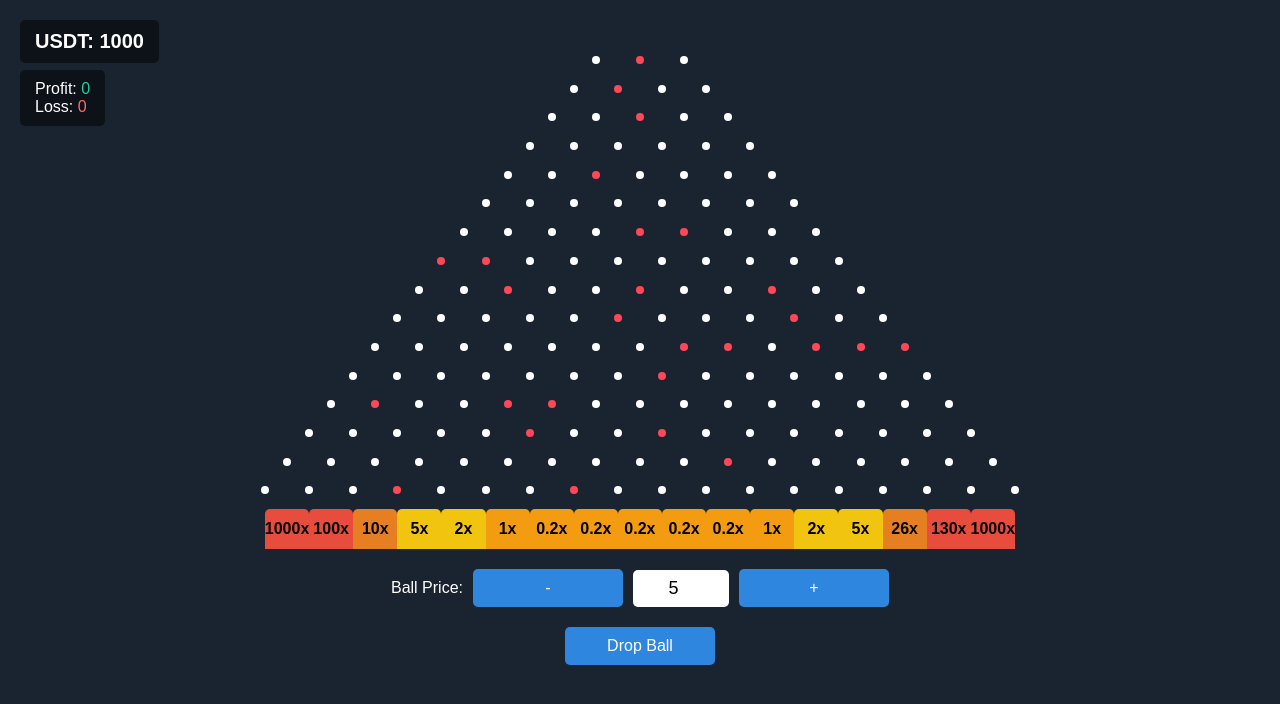
Repository: daffa-alif/PLINKO-JS
Page: plinko.html
An editor plug-in stored every save of this project. The page is shown before and after the next save, followed by the edit.
The browser window is 1280 px wide. The pictures show the whole page.

Above is the page before, as saved 2025-03-07 08:25:09.

### plinko.html
<!DOCTYPE html>
<html lang="en">
<head>
    <meta charset="UTF-8">
    <meta name="viewport" content="width=device-width, initial-scale=1.0">
    <title>Plinko Game</title>
    <style>
        body {
            background-color: #1a2430;
            font-family: Arial, sans-serif;
            display: flex;
            justify-content: center;
            align-items: center;
            height: 100vh;
            margin: 0;
            color: white;
            overflow: hidden;
        }

        .container {
            position: relative;
            width: 600px;
            height: 700px;
            display: flex;
            flex-direction: column;
            align-items: center;
        }

        .plinko-board {
            position: relative;
            width: 500px;
            height: 600px;
        }

        .peg {
            position: absolute;
            width: 8px;
            height: 8px;
            background-color: white;
            border-radius: 50%;
            transform: translate(-50%, -50%);
        }

        .highlight-peg {
            background-color: #ff4757;
        }

        .ball {
            position: absolute;
            width: 16px;
            height: 16px;
            background-color: #ff6b81;
            border-radius: 50%;
            z-index: 10;
            transform: translate(-50%, -50%);
        }

        .buckets {
            display: flex;
            width: 100%;
            justify-content: space-between;
            position: absolute;
            bottom: 0;
        }

        .bucket {
            width: 55px;
            height: 40px;
            display: flex;
            justify-content: center;
            align-items: center;
            font-weight: bold;
            color: black;
            border-top-left-radius: 5px;
            border-top-right-radius: 5px;
        }

        .controls {
            margin-top: 20px;
            display: flex;
            flex-direction: column;
            align-items: center;
            gap: 10px;
            width: 100%;
        }

        button {
            padding: 10px 20px;
            font-size: 16px;
            border: none;
            border-radius: 5px;
            background-color: #2e86de;
            color: white;
            cursor: pointer;
            width: 150px;
        }

        button:hover {
            background-color: #54a0ff;
        }

        button:disabled {
            background-color: #7f8c8d;
            cursor: not-allowed;
        }

        .balance {
            position: absolute;
            top: 20px;
            left: 20px;
            font-size: 20px;
            font-weight: bold;
            background-color: rgba(0, 0, 0, 0.5);
            padding: 10px 15px;
            border-radius: 5px;
            z-index: 100;
        }

        .statistics {
            position: absolute;
            top: 70px;
            left: 20px;
            font-size: 16px;
            background-color: rgba(0, 0, 0, 0.5);
            padding: 10px 15px;
            border-radius: 5px;
            z-index: 100;
        }

        .profit {
            color: #1dd1a1;
        }

        .loss {
            color: #ff6b6b;
        }

        .price-controls {
            display: flex;
            align-items: center;
            gap: 10px;
            margin-bottom: 10px;
        }

        input {
            padding: 8px;
            width: 80px;
            text-align: center;
            font-size: 18px;
            border-radius: 5px;
            border: none;
        }

        .results {
            margin-top: 10px;
            font-size: 18px;
            color: #1dd1a1;
            height: 25px;
        }

        .falling-ball-animation {
            display: block;
            position: absolute;
            top: 0;
            left: 50%;
            transform: translateX(-50%);
            width: 16px;
            height: 16px;
            background-color: #ff6b81;
            border-radius: 50%;
            z-index: 11;
            animation: fallAnimation 1s ease-in;
        }

        @keyframes fallAnimation {
            0% {
                top: -20px;
            }
            100% {
                top: 20px;
            }
        }
    </style>
</head>
<body>
    <div class="balance">USDT: <span id="balance">1000</span></div>
    <div class="statistics">
        Profit: <span id="profit" class="profit">0</span><br>
        Loss: <span id="loss" class="loss">0</span>
    </div>
    <div class="container">
        <div class="plinko-board" id="plinkoBoard"></div>
        <div class="controls">
            <div class="price-controls">
                <span>Ball Price:</span>
                <button id="decreasePrice">-</button>
                <input type="number" id="ballPrice" value="5" min="5" max="1000">
                <button id="increasePrice">+</button>
            </div>
            <button id="dropButton">Drop Ball</button>
            <div class="results" id="results"></div>
        </div>
    </div>

    <script>
        // Game configuration
        const config = {
            rows: 16,                // Number of rows of pegs
            pegsStartCount: 3,       // Start with 3 pegs at the top row
            ballSpeed: 0.5,
            gravity: 0.15,
            friction: 0.99,
            pegInfluence: 0.6,
            maxActiveBalls: 10,
            // Updated multipliers to match the image exactly
            multipliers: [1000, 100, 10, 5, 2, 1, 0.2, 0.2, 0.2, 0.2, 0.2, 1, 2, 5, 26, 130, 1000],
            horizontalSpacingFactor: 1.50
        };

        let balance = 1000;
        let totalProfit = 0;
        let totalLoss = 0;
        let ballPrice = 30;
        let activeBalls = [];
        let pegLayout = [];

        // Initialize the board
        function initializeBoard() {
            const board = document.getElementById('plinkoBoard');
            const boardWidth = board.clientWidth;
            const boardHeight = board.clientHeight;

            // Calculate peg spacing for the wider triangular pattern
            const horizontalSpacing = (boardWidth / (config.rows + 1)) * config.horizontalSpacingFactor;
            const verticalSpacing = (boardHeight - 80) / (config.rows);

            // Create pegs in a triangular pattern with progressive row lengths
            for (let row = 0; row < config.rows; row++) {
                // Calculate number of pegs in this row (increase by 1 for each row, starting with config.pegsStartCount)
                const pegsInRow = config.pegsStartCount + row;

                // Calculate the starting position for the first peg in the row
                const rowStartX = boardWidth / 2 - (horizontalSpacing * (pegsInRow - 1)) / 2;

                for (let col = 0; col < pegsInRow; col++) {
                    const peg = document.createElement('div');
                    peg.className = 'peg';

                    // Add some highlight pegs (red pegs)
                    if (Math.random() < 0.2) {
                        peg.classList.add('highlight-peg');
                    }

                    // Calculate position for evenly distributed pegs
                    const offsetX = rowStartX + col * horizontalSpacing;
                    const offsetY = verticalSpacing * row + 50;

                    peg.style.left = `${offsetX}px`;
                    peg.style.top = `${offsetY}px`;

                    board.appendChild(peg);

                    // Store peg position for collision detection
                    pegLayout.push({
                        x: offsetX,
                        y: offsetY,
                        highlight: peg.classList.contains('highlight-peg'),
                        element: peg
                    });
                }
            }

            // Create buckets - FIXED VERSION
            const buckets = document.createElement('div');
            buckets.className = 'buckets';

            // Get the last row of pegs to align buckets with
            const lastRowPegs = pegLayout.slice(-config.pegsStartCount - config.rows + 1);
            const leftmostPeg = lastRowPegs[0].x;
            const rightmostPeg = lastRowPegs[lastRowPegs.length - 1].x;
            const bucketAreaWidth = rightmostPeg - leftmostPeg;

            // Define colors for buckets based on multipliers
            const getColorForMultiplier = (multiplier) => {
                if (multiplier >= 100) return '#e74c3c';      // Red for highest multipliers
                if (multiplier >= 10) return '#e67e22';       // Orange for high multipliers
                if (multiplier >= 2) return '#f1c40f';        // Yellow for medium multipliers
                return '#f39c12';                             // Gold for low multipliers
            };

            // Set the buckets container width to match the width of the last row of pegs
            buckets.style.width = `${bucketAreaWidth}px`;
            buckets.style.left = `${leftmostPeg}px`;
            buckets.style.position = 'absolute';

            // Add bucket divs to match the multipliers
            const multiplierCount = config.multipliers.length;
            const bucketWidth = bucketAreaWidth / multiplierCount;

            for (let i = 0; i < multiplierCount; i++) {
                const bucket = document.createElement('div');
                bucket.className = 'bucket';
                bucket.style.backgroundColor = getColorForMultiplier(config.multipliers[i]);
                bucket.textContent = `${config.multipliers[i]}x`;
                bucket.style.width = `${bucketWidth}px`;
                buckets.appendChild(bucket);
            }

            board.appendChild(buckets);
        }

        // Create a falling ball animation
        function showBallDropAnimation() {
            return new Promise(resolve => {
                const board = document.getElementById('plinkoBoard');
                const fallingBall = document.createElement('div');
                fallingBall.className = 'falling-ball-animation';
                board.appendChild(fallingBall);

                setTimeout(() => {
                    fallingBall.remove();
                    resolve();
                }, 500);
            });
        }

        // Create a ball and start animation
        async function dropBall() {
            const currentBallPrice = parseInt(document.getElementById('ballPrice').value);
            if (balance < currentBallPrice) {
                document.getElementById('results').textContent = "Not enough balance!";
                setTimeout(() => {
                    document.getElementById('results').textContent = "";
                }, 2000);
                return;
            }

            // Check if we've reached the maximum number of active balls
            if (activeBalls.length >= config.maxActiveBalls) {
                document.getElementById('results').textContent = "Too many balls in play!";
                setTimeout(() => {
                    document.getElementById('results').textContent = "";
                }, 2000);
                return;
            }

            // Deduct ball price from balance
            balance -= currentBallPrice;
            document.getElementById('balance').textContent = balance;

            // Show the ball drop animation
            await showBallDropAnimation();

            const board = document.getElementById('plinkoBoard');
            const boardWidth = board.clientWidth;

            // Ball starts at the top center of the board
            const ball = document.createElement('div');
            ball.className = 'ball';
            ball.style.left = `${boardWidth / 2}px`;
            ball.style.top = '20px';
            board.appendChild(ball);

            // Create a new ball object
            const newBall = {
                element: ball,
                id: Date.now(),
                x: boardWidth / 2,
                y: 20,
                vx: (Math.random() - 0.5) * 0.5,
                vy: 1,
                radius: 8,
                price: currentBallPrice
            };

            // Add ball to active balls array
            activeBalls.push(newBall);

            // Start animation if it's not already running
            if (activeBalls.length === 1) {
                requestAnimationFrame(animateAllBalls);
            }
        }

        // Animate all active balls
        function animateAllBalls(timestamp) {
            if (activeBalls.length === 0) return;

            const board = document.getElementById('plinkoBoard');
            const boardWidth = board.clientWidth;
            const boardHeight = board.clientHeight;

            // Get bucket positions for collision detection - FIXED VERSION
            const buckets = document.querySelector('.buckets');
            const bucketsRect = buckets.getBoundingClientRect();
            const boardRect = board.getBoundingClientRect();

            const bucketsLeft = bucketsRect.left - boardRect.left;
            const bucketsWidth = bucketsRect.width;
            const bucketCount = config.multipliers.length;
            const bucketWidth = bucketsWidth / bucketCount;

            // Process each active ball
            for (let i = activeBalls.length - 1; i >= 0; i--) {
                const ball = activeBalls[i];

                // Apply gravity
                ball.vy += config.gravity;

                // Apply friction
                ball.vx *= config.friction;
                ball.vy *= config.friction;

                // Update position
                ball.x += ball.vx;
                ball.y += ball.vy;

                // Collision with side walls
                if (ball.x - ball.radius < 0) {
                    ball.x = ball.radius;
                    ball.vx = -ball.vx * 0.5;
                } else if (ball.x + ball.radius > boardWidth) {
                    ball.x = boardWidth - ball.radius;
                    ball.vx = -ball.vx * 0.5;
                }

                // Collision with pegs
                for (const peg of pegLayout) {
                    const dx = ball.x - peg.x;
                    const dy = ball.y - peg.y;
                    const distance = Math.sqrt(dx * dx + dy * dy);

                    if (distance < ball.radius + 6) {
                        // Calculate the angle of collision
                        const angle = Math.atan2(dy, dx);

                        // Move the ball outside of the peg
                        const newX = peg.x + (ball.radius + 6) * Math.cos(angle);
                        const newY = peg.y + (ball.radius + 6) * Math.sin(angle);

                        ball.x = newX;
                        ball.y = newY;

                        // Add randomness to the bounce but with a slight bias toward outer edges
                        let randomness = (Math.random() * 2 - 1) * config.pegInfluence;

                        // Very subtle bias toward edges
                        if (ball.x < boardWidth * 0.3) {
                            randomness -= 0.05; // Slight bias leftward
                        } else if (ball.x > boardWidth * 0.7) {
                            randomness += 0.05; // Slight bias rightward
                        }

                        // Update velocity with a bounce effect and randomness
                        const speed = Math.sqrt(ball.vx * ball.vx + ball.vy * ball.vy);
                        ball.vx = Math.cos(angle + randomness) * speed;
                        ball.vy = Math.sin(Math.abs(angle + randomness)) * speed; // Keep ball moving downward

                        // Highlight the peg temporarily
                        peg.element.style.backgroundColor = '#ffdd59';
                        setTimeout(() => {
                            peg.element.style.backgroundColor = peg.highlight ? '#ff4757' : 'white';
                        }, 100);
                    }
                }

                // Check if ball reached bucket level
                if (ball.y > boardHeight - 60) {
                    // Calculate which bucket the ball fell into based on the fixed buckets position - FIXED VERSION
                    let bucketIndex = -1;

                    // Check if the ball is within the bucket area
                    if (ball.x >= bucketsLeft && ball.x <= bucketsLeft + bucketsWidth) {
                        // Calculate the bucket index based on the ball's position relative to the buckets
                        bucketIndex = Math.floor((ball.x - bucketsLeft) / bucketWidth);
                        bucketIndex = Math.min(bucketIndex, bucketCount - 1);
                    } else {
                        // If the ball is outside the bucket area, put it in the nearest edge bucket
                        bucketIndex = ball.x < bucketsLeft ? 0 : bucketCount - 1;
                    }

                    // Apply multiplier to the bet
                    const multiplier = config.multipliers[bucketIndex];
                    const winAmount = Math.floor(ball.price * multiplier);
                    balance += winAmount;
                    document.getElementById('balance').textContent = balance;

                    // Update profit/loss statistics
                    if (winAmount > ball.price) {
                        const profit = winAmount - ball.price;
                        totalProfit += profit;
                        document.getElementById('profit').textContent = totalProfit;
                    } else if (winAmount < ball.price) {
                        const loss = ball.price - winAmount;
                        totalLoss += loss;
                        document.getElementById('loss').textContent = totalLoss;
                    }

                    // Display result message
                    const resultElement = document.getElementById('results');
                    if (winAmount > ball.price) {
                        resultElement.textContent = `You won ${winAmount} USDT!`;
                        resultElement.style.color = '#1dd1a1';
                    } else if (winAmount < ball.price) {
                        resultElement.textContent = `You lost ${ball.price - winAmount} USDT`;
                        resultElement.style.color = '#ff6b6b';
                    } else {
                        resultElement.textContent = `You broke even!`;
                        resultElement.style.color = '#f7d794';
                    }

                    // Highlight the winning bucket
                    const bucketElements = document.querySelectorAll('.bucket');
                    bucketElements[bucketIndex].style.transform = 'translateY(-5px)';
                    setTimeout(() => {
                        bucketElements[bucketIndex].style.transform = 'translateY(0)';
                    }, 300);

                    // Remove ball from DOM
                    ball.element.remove();

                    // Remove ball from active balls array
                    activeBalls.splice(i, 1);
                }

                // Update ball position in DOM
                ball.element.style.left = `${ball.x}px`;
                ball.element.style.top = `${ball.y}px`;
            }

            // Continue animation if there are still active balls
            if (activeBalls.length > 0) {
                requestAnimationFrame(animateAllBalls);
            }
        }

        // Initialize the game
        window.addEventListener('DOMContentLoaded', () => {
            initializeBoard();

            // Update balance display
            document.getElementById('balance').textContent = balance;

            // Add event listener for the drop button
            document.getElementById('dropButton').addEventListener('click', () => {
                dropBall();
            });

            // Add event listeners for ball price adjustment
            document.getElementById('decreasePrice').addEventListener('click', () => {
                const priceInput = document.getElementById('ballPrice');
                let currentPrice = parseInt(priceInput.value);
                if (currentPrice > 5) {
                    priceInput.value = currentPrice - 5;
                }
            });

            document.getElementById('increasePrice').addEventListener('click', () => {
                const priceInput = document.getElementById('ballPrice');
                let currentPrice = parseInt(priceInput.value);
                if (currentPrice < 1000) {
                    priceInput.value = currentPrice + 5;
                }
            });

            // Ensure ball price is valid
            document.getElementById('ballPrice').addEventListener('change', (e) => {
                let value = parseInt(e.target.value);
                if (isNaN(value) || value < 5) {
                    e.target.value = 5;
                } else if (value > 1000) {
                    e.target.value = 1000;
                }
            });
        });
    </script>
</body>
</html>

After the next save:
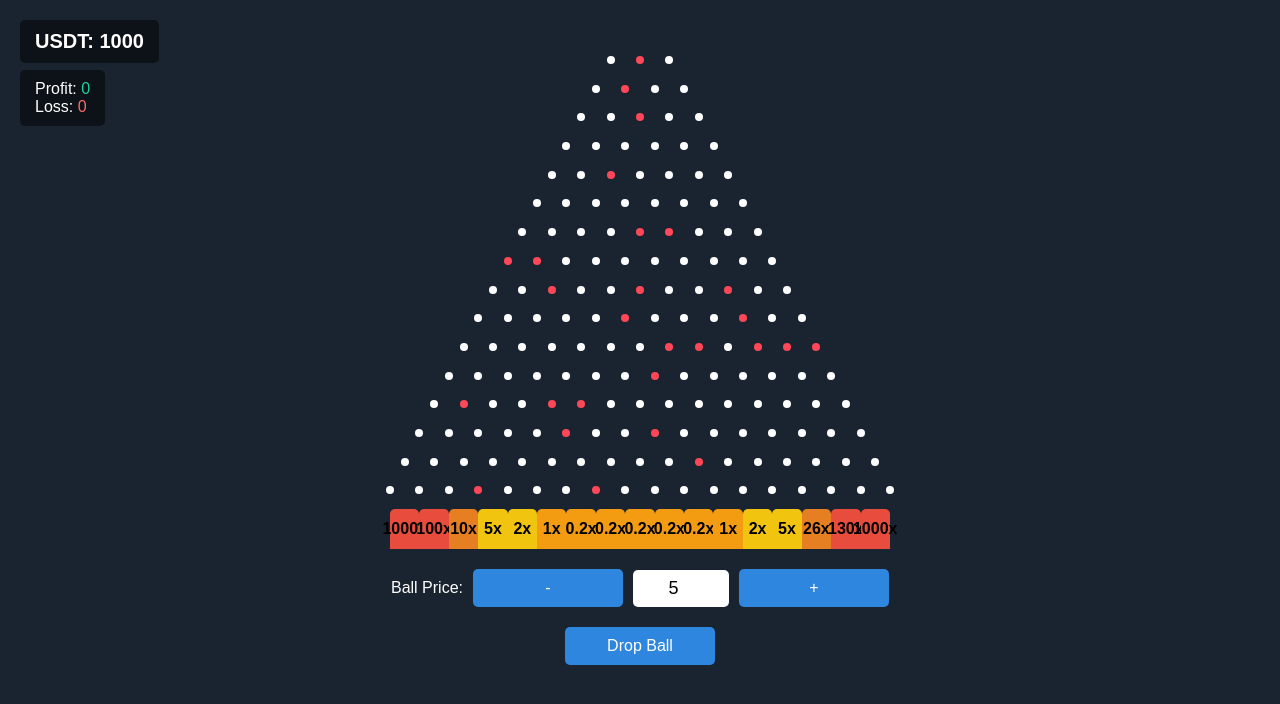
Saved 14 s later.
--- a/plinko.html
+++ b/plinko.html
@@ -214,7 +214,7 @@
             maxActiveBalls: 10,
             // Updated multipliers to match the image exactly
             multipliers: [1000, 100, 10, 5, 2, 1, 0.2, 0.2, 0.2, 0.2, 0.2, 1, 2, 5, 26, 130, 1000],
-            horizontalSpacingFactor: 1.50
+            horizontalSpacingFactor: 1.
         };
 
         let balance = 1000;
